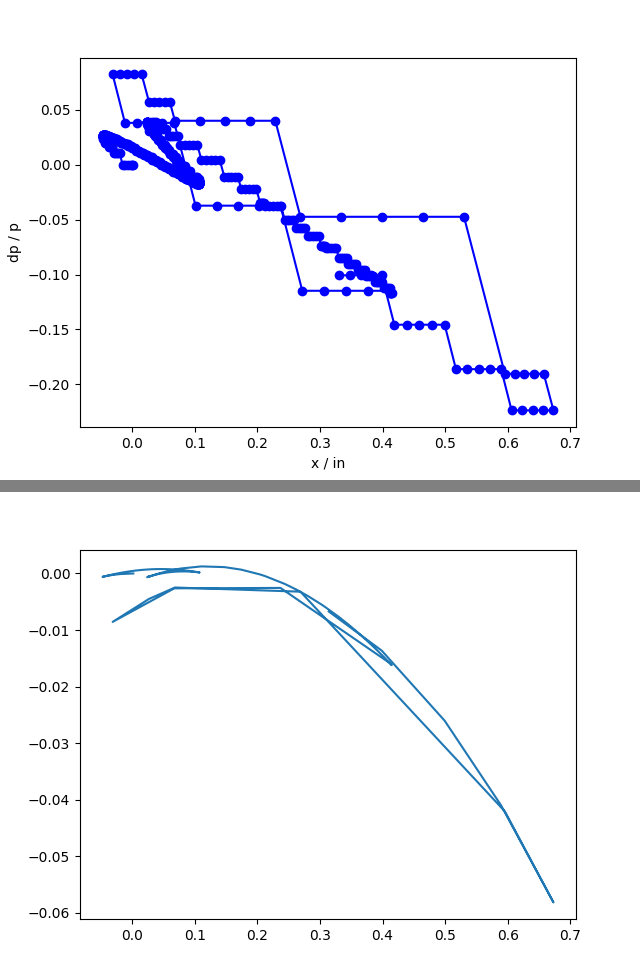
Repository: leiradom/Modified-linear-theory
Script's output: python 3_Shock_correction.py
These files come from the project's save history. The script's output is drawn as it stood at one moment and after the next save; the edit follows.
Each picture stacks the figures in order, with grey between them; figures that are only written to a file come last. Random numbers start from a fixed seed.

Above is the script's output before, as saved 2021-04-08 23:13:16.

After the next save:
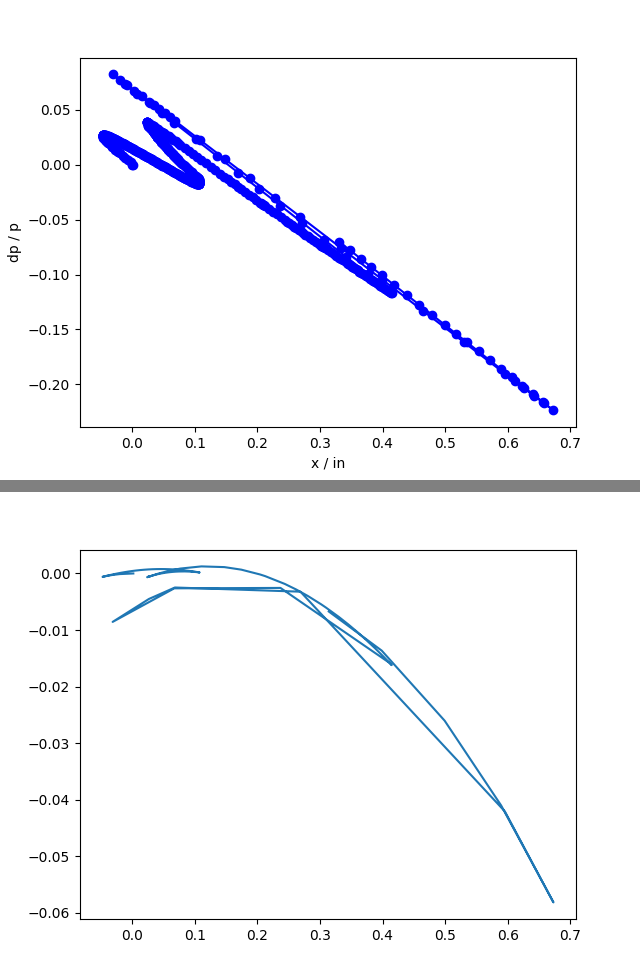
Saved 51 s later.
--- a/3_Shock_correction.py
+++ b/3_Shock_correction.py
@@ -72,7 +72,7 @@ for i in range(0,a-1):
         x0[j] = x0[j-1] + h0
         X1 = np.append(X1,x0[j])
         y0[j] = y0[j-1] + k0 * (x0[j] - x0[j-1])
-        Y1 = np.append(Y1,y0[0])
+        Y1 = np.append(Y1,y0[j])
     #X1 = np.append(X1,x0)
     #Y1 = np.append(Y1,y0)
     #print(a)
